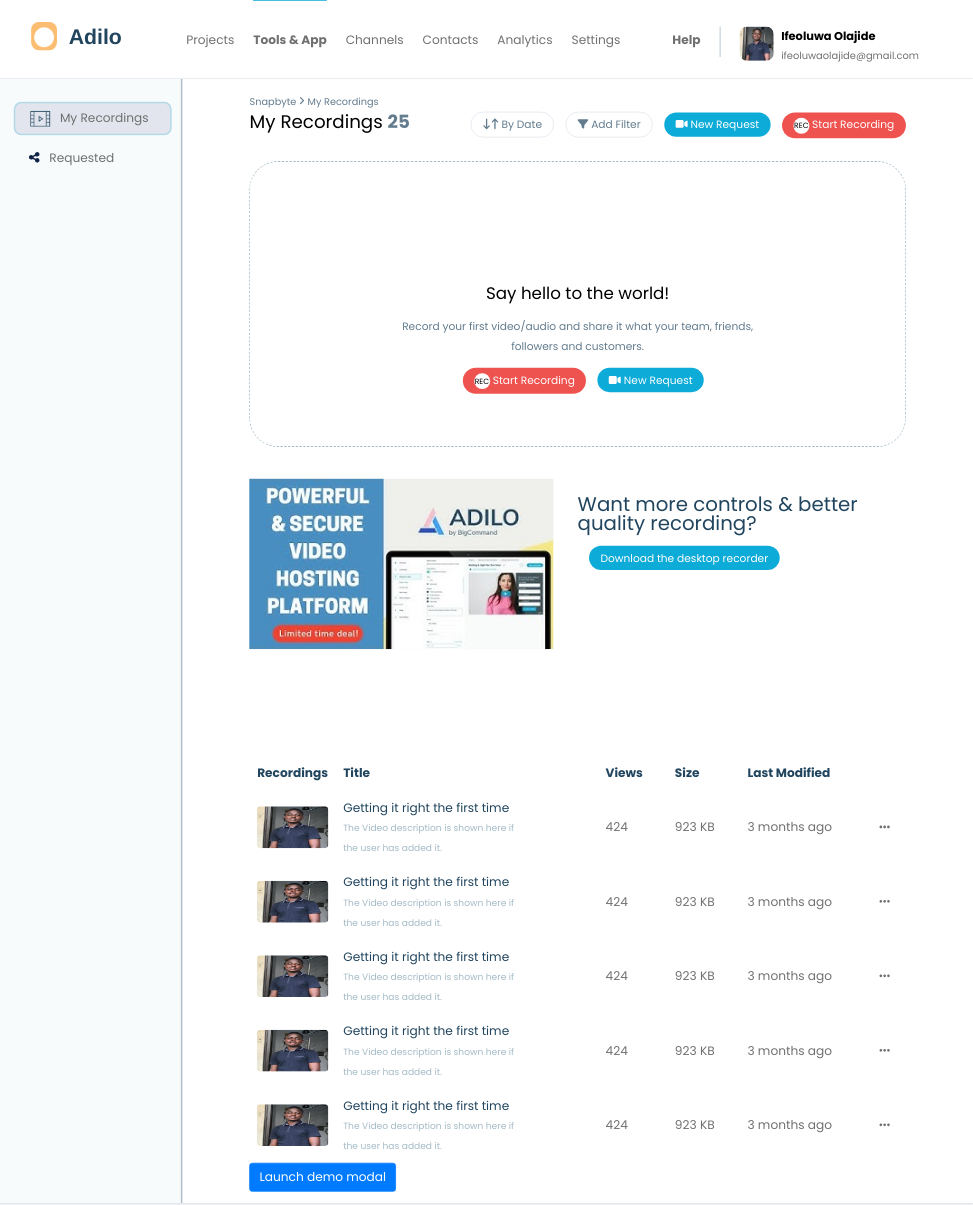
Repository: olhighjay/video_recorder
Page: /
The author's editor kept a copy of each file at every save. The page is drawn from the files as they stood at one save, then again after the next save.
The browser window is 1280 px wide. The pictures show the whole page, at 76% of full size.
Some web libraries are served in a nearby version. The project was rebuilt for these pictures with package versions that can differ from the ones it lists, and the page was loaded fresh each time. Also part of the build but not shown: vue.config.js.

Above is the page before, as saved 2022-07-29 10:20:51.

### public/index.html
<!DOCTYPE html>
<html lang="">
  <head>
    <meta charset="utf-8">
    <meta http-equiv="X-UA-Compatible" content="IE=edge">
    <meta name="viewport" content="width=device-width,initial-scale=1.0">
    <link rel="icon" href="<%= BASE_URL %>favicon.ico">
    <title><%= htmlWebpackPlugin.options.title %></title>
    <link rel="stylesheet" href="https://cdn.jsdelivr.net/npm/bootstrap@4.0.0/dist/css/bootstrap.min.css" integrity="sha384-Gn5384xqQ1aoWXA+058RXPxPg6fy4IWvTNh0E263XmFcJlSAwiGgFAW/dAiS6JXm" crossorigin="anonymous">
    <link rel="stylesheet" href="https://cdnjs.cloudflare.com/ajax/libs/font-awesome/6.1.2/css/all.min.css" integrity="sha512-1sCRPdkRXhBV2PBLUdRb4tMg1w2YPf37qatUFeS7zlBy7jJI8Lf4VHwWfZZfpXtYSLy85pkm9GaYVYMfw5BC1A==" crossorigin="anonymous" referrerpolicy="no-referrer" />
  </head>
  <body>
    <noscript>
      <strong>We're sorry but <%= htmlWebpackPlugin.options.title %> doesn't work properly without JavaScript enabled. Please enable it to continue.</strong>
    </noscript>
    <div id="app"></div>
    <!-- built files will be auto injected -->

    <script src="https://cdnjs.cloudflare.com/ajax/libs/font-awesome/6.1.2/js/all.min.js" integrity="sha512-8pHNiqTlsrRjVD4A/3va++W1sMbUHwWxxRPWNyVlql3T+Hgfd81Qc6FC5WMXDC+tSauxxzp1tgiAvSKFu1qIlA==" crossorigin="anonymous" referrerpolicy="no-referrer"></script>
    <script src="https://code.jquery.com/jquery-3.2.1.slim.min.js" integrity="sha384-KJ3o2DKtIkvYIK3UENzmM7KCkRr/rE9/Qpg6aAZGJwFDMVNA/GpGFF93hXpG5KkN" crossorigin="anonymous"></script>
    <script src="https://cdn.jsdelivr.net/npm/popper.js@1.12.9/dist/umd/popper.min.js" integrity="sha384-ApNbgh9B+Y1QKtv3Rn7W3mgPxhU9K/ScQsAP7hUibX39j7fakFPskvXusvfa0b4Q" crossorigin="anonymous"></script>
    <script src="https://cdn.jsdelivr.net/npm/bootstrap@4.0.0/dist/js/bootstrap.min.js" integrity="sha384-JZR6Spejh4U02d8jOt6vLEHfe/JQGiRRSQQxSfFWpi1MquVdAyjUar5+76PVCmYl" crossorigin="anonymous"></script>
  </body>
</html>

### src/App.vue
<template>
  <!-- <img alt="Vue logo" src="./assets/logo.png"> -->
  <div>
    <navbar></navbar>
    <div id="main-flex">
      <div class="my-sidebar">
        <ul class="my-sidebar-items">
            <li class="sidebar-item-active"> <img src="./assets/video-player.png" alt=""> &nbsp; My Recordings</li>
            <li> <i class="fa fa-share-alt" style="color:#102346"></i> &nbsp; Requested</li>
        </ul>
      </div>
        <div class="my-main">
          <div class="my-main-container">
            <div><small class="breadcrumbs">Snapbyte <i class="fa fa-angle-right" style="font-weight:200"></i> My Recordings</small></div>
            <div class="subheading-tab">
              <div> <span class="my-recordings">My Recordings </span><span class="my-recordings-count">25</span> </div>
              <div>
                <button class="sub-heading-btn white-btn">
                  <i class="fa fa-long-arrow-down" aria-hidden="true"></i>
                  <i class="fa fa-long-arrow-up" aria-hidden="true"></i>
                  By Date
                </button>
                <button class="sub-heading-btn white-btn">
                  <i class="fa-solid fa-filter"></i>
                  Add Filter
                </button>
                <button class="sub-heading-btn blue-btn">
                  <i class="fa fa-video"></i>
                  New Request
                </button>
                <button class="sub-heading-btn red-btn">
                  <span class="rec">REC</span>
                  Start Recording
                </button>
              </div>
            </div>

            <empty-recorded></empty-recorded>

            <data-table></data-table>
            <!-- Button trigger modal -->
<button type="button" class="btn btn-primary" data-toggle="modal" data-target="#recordOptions">
  Launch demo modal
</button>

<!-- Modal -->
<div class="modal fade" id="recordOptions" tabindex="-1" role="dialog" aria-labelledby="recordOptions" aria-hidden="true">
  <div class="modal-dialog modal-dialog-centered" role="document">
    <div class="modal-content">
      <div class="modal-header">
        <h5 class="my-modal-title">New Recording</h5>
        <button type="button" class="close" data-dismiss="modal" aria-label="Close">
          <span aria-hidden="true"><i class="fa fa-xmark"></i></span>
        </button>
      </div>
      <div class="modal-body">
        <p class="save-in">Save the recording in</p>
        <div>
          <select class="save-option">
            <Option value="" key="">Select a project</Option>
            <Option value="" key="">Project 1</Option>
            <Option value="" key="">Project 2</Option>
            <Option value="" key="">Project 3</Option>
            <Option value="" key="">Project 4</Option>
          </select>
        </div>
        <div style="margin-top: 35px;">
          <div class="record">
            <div class="record-name">Record screen</div>
            <div class="record-switch">
              <label class="switch">
                <input type="checkbox">
                <span class="slider round"></span>
              </label>
            </div>
          </div>
          <div class="record">
            <div class="record-name">Record camera</div>
            <div class="record-switch">
              <label class="switch">
                <input type="checkbox">
                <span class="slider round"></span>
              </label>
            </div>
          </div>
          <div class="record">
            <div class="record-name">Record mic</div>
            <div class="record-switch">
              <label class="switch">
                <input type="checkbox">
                <span class="slider round"></span>
              </label>
            </div>
          </div>
        </div>
      </div>
      <div class="text-center">
        <button type="button" class="start-recording-btn">Start Recording</button>
      </div>
    </div>
  </div>
</div>
          </div>
        </div>
    </div>
  </div>
</template>

<script>
// import HelloWorld from './components/HelloWorld.vue'
import Navbar from './layouts/Navbar.vue'
import DataTable from '@/components/DataTable'
import EmptyRecorded from '@/components/EmptyRecorded'

export default {
  name: 'App',
  components: {
    Navbar,
    DataTable,
    EmptyRecorded
  }
}
</script>


<style>
 @import url('https://fonts.googleapis.com/css2?family=Poppins:wght@400;500;700&display=swap');

#main-flex {
  display: flex;
  width: 100%;
}

.my-sidebar {
  flex: 0 0 240px;
  /* width: 20%; */
  /* height: 100%; */
  background-color: #ebf2f656;
  border-right: 2px solid #21455e54;
  /* border-right: 2px solid #21455E; */
  /* width:250px; */
}
.my-sidebar-items {
  list-style: none;
  padding: 20px 0;
}
.my-sidebar-items>li {
  margin : 10px 12px 10px 18px;
  padding: 7px 20px ;
}
.sidebar-item-active {
  background-color: #E2E5ED;
  border: 2px solid #0DABD838;
  border-radius: 10px;
}





.my-main {
  flex: 1;
  flex-wrap: wrap;
}
.my-main-container {
  padding: 1.5% 8.5%;
}
.subheading-tab {
  display: flex;
  justify-content: space-between;
}
.sub-heading-btn {
  padding: 3px 15px;
  border-radius: 20px;
  margin-left: 15px;
  font-size: 14px;
}
.white-btn {
  border: 1px solid #E2E5ED;
  background-color: white;
  color: #637C8E;
}
.blue-btn {
  border: none;
  background-color: #0DABD8;
  color: #fff;
}
.red-btn {
  border: none;
  background-color: #EF5350;
  color: #fff;
}
.my-recordings, .my-recordings-count {
  font-size: 24px;
  color: #000
}
.my-recordings {
  color: #000
}
.my-recordings-count {
  color: #637C8E;
  font-weight: 600;
}
.breadcrumbs {
  color:#637C8E;
}
.rec {
  color:#000;
  background-color:#fff;
  border-radius:50%;
  padding:3px 1px;
  font-size:10px;
}



.save-option {
  width:100%;
  background: #F8FAFB 0% 0% no-repeat padding-box;
  border: 1px solid #E2E5ED;
  border-radius: 8px;
  padding:8px 20px;
}
.modal-dialog {
  max-width: 400px !important;
}
.modal-content {
  padding-bottom: 30px !important;
}
.modal-body {
  padding:30px !important;
}
.my-modal-title {
  color:#000;
  font-size: 22px;
  padding-left: 14px;
}
.record {
  margin-top: 15px;
  display: flex;
  justify-content: space-between;
}
.record-name {
  color: #21455E;
  font-size: 18px;
}
.save-in {
  color:black;
  font-size:16px;
}
.start-recording-btn {
  background: #0DABD8 0% 0% no-repeat padding-box;
  border-radius: 28px;
  font-size:18px;
  padding:5px 55px;
  border: none;
  color:#fff;
}


.switch {
  position: relative;
  top: 10px;
  display: inline-block;
  width: 50px;
  height: 13px;
}

.switch input {
  opacity: 0;
  width: 0;
  height: 0;
}

.slider {
  position: absolute;
  cursor: pointer;
  top: -10px;
  left: 0;
  right: 0;
  bottom: 0;
  background-color: #ccc;
  -webkit-transition: .4s;
  transition: .4s;
}

.slider:before {
  position: absolute;
  content: "";
  height: 15px;
  width: 15px;
  left: 4px;
  bottom: 4px;
  background-color: white;
  -webkit-transition: .4s;
  transition: .4s;
}

input:checked + .slider {
  background-color: #1bd85a;
}

input:focus + .slider {
  box-shadow: 0 0 1px #1bd85a;
}

input:checked + .slider:before {
  -webkit-transform: translateX(26px);
  -ms-transform: translateX(26px);
  transform: translateX(26px);
}

/* Rounded sliders */
.slider.round {
  border-radius: 34px;
}

.slider.round:before {
  border-radius: 50%;
}


#app {
  font-family: Avenir, Helvetica, Arial, sans-serif;
  font: normal normal normal 14px/26px Poppins;
  -webkit-font-smoothing: antialiased;
  -moz-osx-font-smoothing: grayscale;
   /* text-align: center; */
   font-size: 16px;
  color: #707070;
  border-bottom: solid 2px #E2E5ED;
  overflow: hidden;
  /* margin-top: 60px;  */
}


</style>

### src/layouts/Navbar.vue
<template>
    <nav class="">
      <div class="nav-logo-area">
        <div class="nav-logo-area-inner">
          <div class="white-logo-wrap">
            <span class="white-logo-bkg">
            <img alt="Adilo logo" src="../assets/swarm.png">
            </span>
          </div>
          <div class="adilo">Adilo</div>
        </div>
      </div>
      <div class="nav-tab">
        <ul class="my-nav-list">
          <li><a>Projects</a></li>
          <li class="active-nav-item"> <a>Tools & App</a></li>
          <li><a>Channels</a></li>
          <li><a>Contacts</a></li>
          <li><a>Analytics</a></li>
          <li><a>Settings</a></li>
        </ul>
      </div>
      <div class="nav-profile">
        <ul class="my-nav-list">
          <li><a><b>Help</b></a></li>
        </ul>
        <div class="profile-info">
          <div class="profile-border"></div>
          <div >
            <img alt="Profile Image" src="../assets/profile.jpg" class="profile-img">
          </div>
          <div style="margin-left:10px">
            <span class="profile-name">Ifeoluwa Olajide </span>
            <p class="profile-email">ifeoluwaolajide@gmail.com</p>
          </div>
        </div>
      </div>
    </nav>
</template>
<script>
export default {
    name: 'NavbarComponent'
}
</script>
<style>
     nav {
    display: flex;
    /* height: 69px; */
    padding: 0 0.032%;
    border-bottom: solid 1px #E2E5ED;
  }

  .nav-logo-area {
    flex: 0 0 16%;
    padding-left: 3.2%;
    padding-top: 19px;
    padding-bottom: 27px;
  }
  .nav-logo-area-inner {
    display: flex;
  }
  .nav-tab {
    flex: 0 0 50%;
  }
  .nav-profile {
    flex: 0 0 34%;
    display: flex;
  }
  .my-nav-list {
    list-style: none;
    padding-top: 40px;
  }
  .my-nav-list>li {
    display: inline;
    margin-right: 25px;
    padding-top: 40px;
  }
  .my-nav-list>li>a {
    text-align: left;
    /* font: normal normal normal 18px/27px Poppins; */
    letter-spacing: 0px;
    color: #707070;
    opacity: 1
  }
  .white-logo-wrap {
    padding-top:16px;
  }
  .white-logo-bkg {
    background-color:#FBBD71;
    padding:7px 4px;
    border-radius:10px;
  }
  .adilo {
    font: normal normal bold 28px/32px Helvetica;
    font-size:28px;
    margin-left:15px;
    font-weight:bold;
    color:#21455E;
    padding-top:14px;
  }
  .profile-info {
    padding-top:35px;
    display:flex;
  }
  .active-nav-item {
    border-top: 6px solid #0DABD8;
    font-weight: 600;
  }
  .profile-border {
    border-left: 1px solid #A3BAC6;
    padding-left:25px;
    height:40px;
  }
  .profile-img {
    width:45px; height: 45px;
    border-radius:10px;
  }
  .profile-name {
    font-weight:bold;
    font-size:15px;
    color:black;
  }
  .profile-email {
    font-size:13px;
  }
</style>

### src/components/DataTable.vue
<template>
    <div class="table-responsive-xl" style="margin-top:46.1px">
        <table class="">
        <thead>
            <tr >
            <th scope="col" class="my-table-title">Recordings</th>
            <th scope="col" class="my-table-title" colspan="3">Title</th>
            <th scope="col" style="width:10%"></th>
            <th scope="col" class="my-table-title">Views</th>
            <th scope="col" class="my-table-title">Size</th>
            <th scope="col" class="my-table-title">Last Modified</th>
            <th scope="col" class="my-table-title"></th>
            </tr>
        </thead>
        <tbody>
            <tr>
            <td style="width:13%; ">
                <img alt="Profile Image" src="../assets/profile.jpg" class="table-profile-image">
            </td>
            <td style="width:30%" colspan="3">
                <span class="row-col-txt">Getting it right the first time </span> <br />
                <span class="row-col-subtxt">The Video description is shown here if the user has added it. </span>
            </td>
            <td style="width:10%">
            </td>
            <td>424</td>
            <td>923 KB</td>
            <td>3 months ago</td>
            <td><i class="fa fa-ellipsis-h"></i></td>
            </tr>
            <tr>
            <td style="width:13%; ">
                <img alt="Profile Image" src="../assets/profile.jpg" class="table-profile-image">
            </td>
            <td style="width:30%" colspan="3">
                <span class="row-col-txt">Getting it right the first time </span> <br />
                <span class="row-col-subtxt">The Video description is shown here if the user has added it. </span>
            </td>
            <td style="width:10%">
            </td>
            <td>424</td>
            <td>923 KB</td>
            <td>3 months ago</td>
            <td><i class="fa fa-ellipsis-h"></i></td>
            </tr>
            <tr>
            <td style="width:13%; ">
                <img alt="Profile Image" src="../assets/profile.jpg" class="table-profile-image">
            </td>
            <td style="width:30%" colspan="3">
                <span class="row-col-txt">Getting it right the first time </span> <br />
                <span class="row-col-subtxt">The Video description is shown here if the user has added it. </span>
            </td>
            <td style="width:10%">
            </td>
            <td>424</td>
            <td>923 KB</td>
            <td>3 months ago</td>
            <td><i class="fa fa-ellipsis-h"></i></td>
            </tr>
            <tr>
            <td style="width:13%; ">
                <img alt="Profile Image" src="../assets/profile.jpg" class="table-profile-image">
            </td>
            <td style="width:30%" colspan="3">
                <span class="row-col-txt">Getting it right the first time </span> <br />
                <span class="row-col-subtxt">The Video description is shown here if the user has added it. </span>
            </td>
            <td style="width:10%">
            </td>
            <td>424</td>
            <td>923 KB</td>
            <td>3 months ago</td>
            <td><i class="fa fa-ellipsis-h"></i></td>
            </tr>
            <tr>
            <td style="width:13%; ">
                <img alt="Profile Image" src="../assets/profile.jpg" class="table-profile-image">
            </td>
            <td style="width:30%" colspan="3">
                <span class="row-col-txt">Getting it right the first time </span> <br />
                <span class="row-col-subtxt">The Video description is shown here if the user has added it. </span>
            </td>
            <td style="width:10%">
            </td>
            <td>424</td>
            <td>923 KB</td>
            <td>3 months ago</td>
            <td><i class="fa fa-ellipsis-h"></i></td>
            </tr>
        </tbody>
        </table>
    </div>
</template>

<style>
    table  {
  border-spacing: 300px !important;
}
th, td {
  padding: 10px;
}
.my-table-title {
  text-align: left;
  font: normal normal medium 18px/27px Poppins;
  letter-spacing: 0px;
  color: #21455E;
}
.row-col-txt {
  color:#21455E
}
.row-col-subtxt {
  text-align: left;
  font: normal normal normal 12px/18px Poppins;
  letter-spacing: 0px;
  color: #A3BAC6;
  line-height: 0;
}
.table-profile-image {
  width:100%;
  height:55px;
  border-radius:5px;
}
</style>

### src/components/EmptyRecorded.vue
<template>
    <div style="border: 1px dashed #A3BAC6; margin-top:30px;
        border-radius: 38px;
        opacity: 1; padding-top:105.9px; padding-bottom:68.5px">
        <p style="color: #000; font-size: 22px; text-align:center; font-weight:medium; margin-top:56px">Say hello to the world!</p>
        <p style="color: #637C8E; font-size: 14px; text-align:center;">Record your first video/audio and share it what your team, friends, <br />followers and customers.</p>
        <div class="text-center">
        <button class="sub-heading-btn red-btn">
            <span class="rec">REC</span>
            Start Recording
        </button>
        <button class="sub-heading-btn blue-btn">
            <i class="fa fa-video"></i>
            New Request
        </button>
        </div>
    </div>
    <div class="footer" style="margin-top:42px; margin-bottom: 140px">
        <div class="advert">
            <img alt="Advert" src="../assets/hqdefault.jpg" style="width:400px">
        </div>
        <div>
        <p style="font-size: 26px; color:#21455E; margin-top:20px">Want more controls & better <br />quality recording?</p>
        <button class="sub-heading-btn blue-btn">Download the desktop recorder</button>
        </div>
    </div>
</template>

<style >
    .footer {
        display: flex;
    }
    .advert {
        flex-basis: 50%;
    }
</style>

Loaded but not shown: src/main.js (common file)

After the next save:
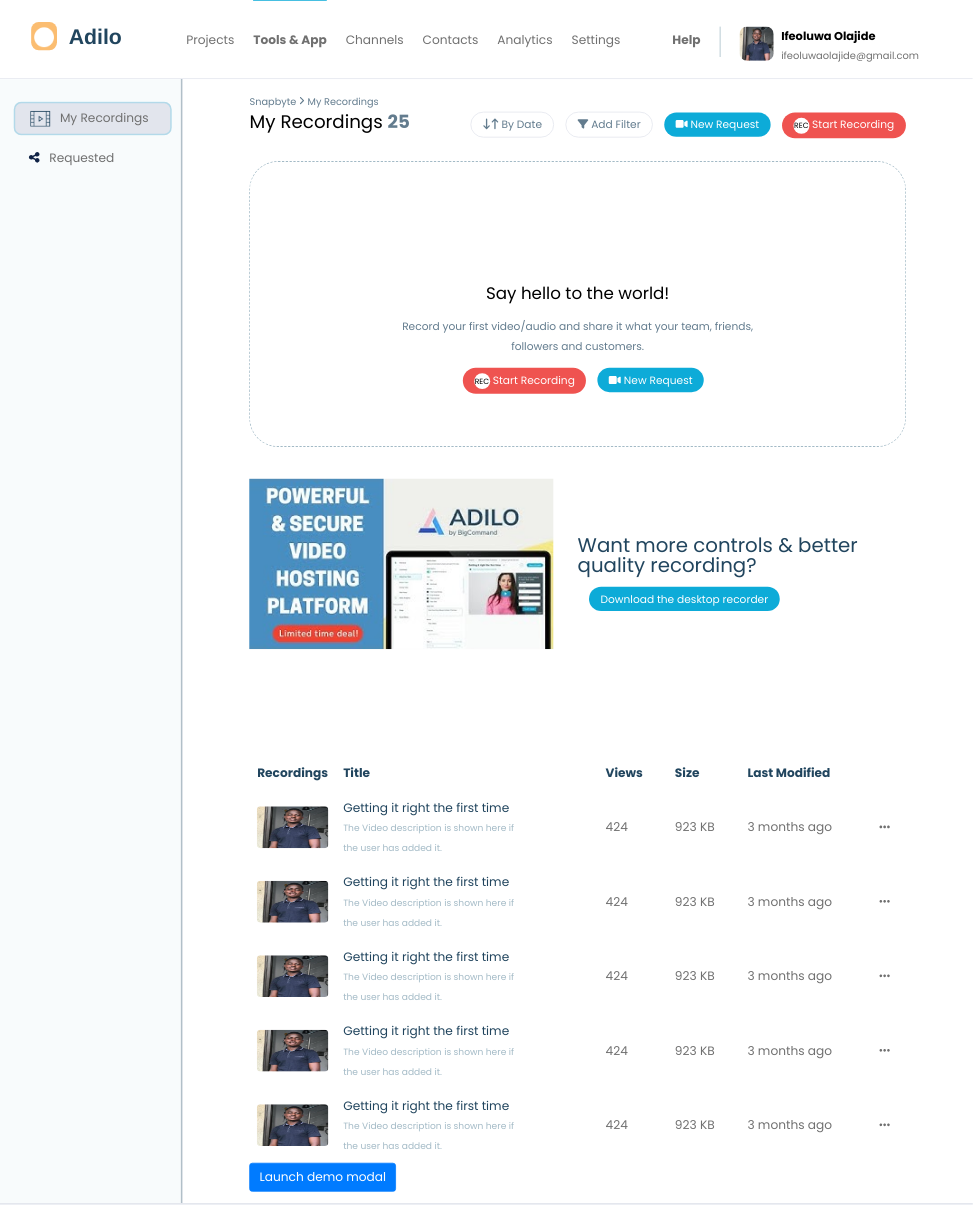
Saved 7 s later.
--- a/src/components/EmptyRecorded.vue
+++ b/src/components/EmptyRecorded.vue
@@ -20,7 +20,7 @@
             <img alt="Advert" src="../assets/hqdefault.jpg" style="width:400px">
         </div>
         <div>
-        <p style="font-size: 26px; color:#21455E; margin-top:20px">Want more controls & better <br />quality recording?</p>
+        <p style="font-size: 26px; color:#21455E; margin-top:20%">Want more controls & better <br />quality recording?</p>
         <button class="sub-heading-btn blue-btn">Download the desktop recorder</button>
         </div>
     </div>
